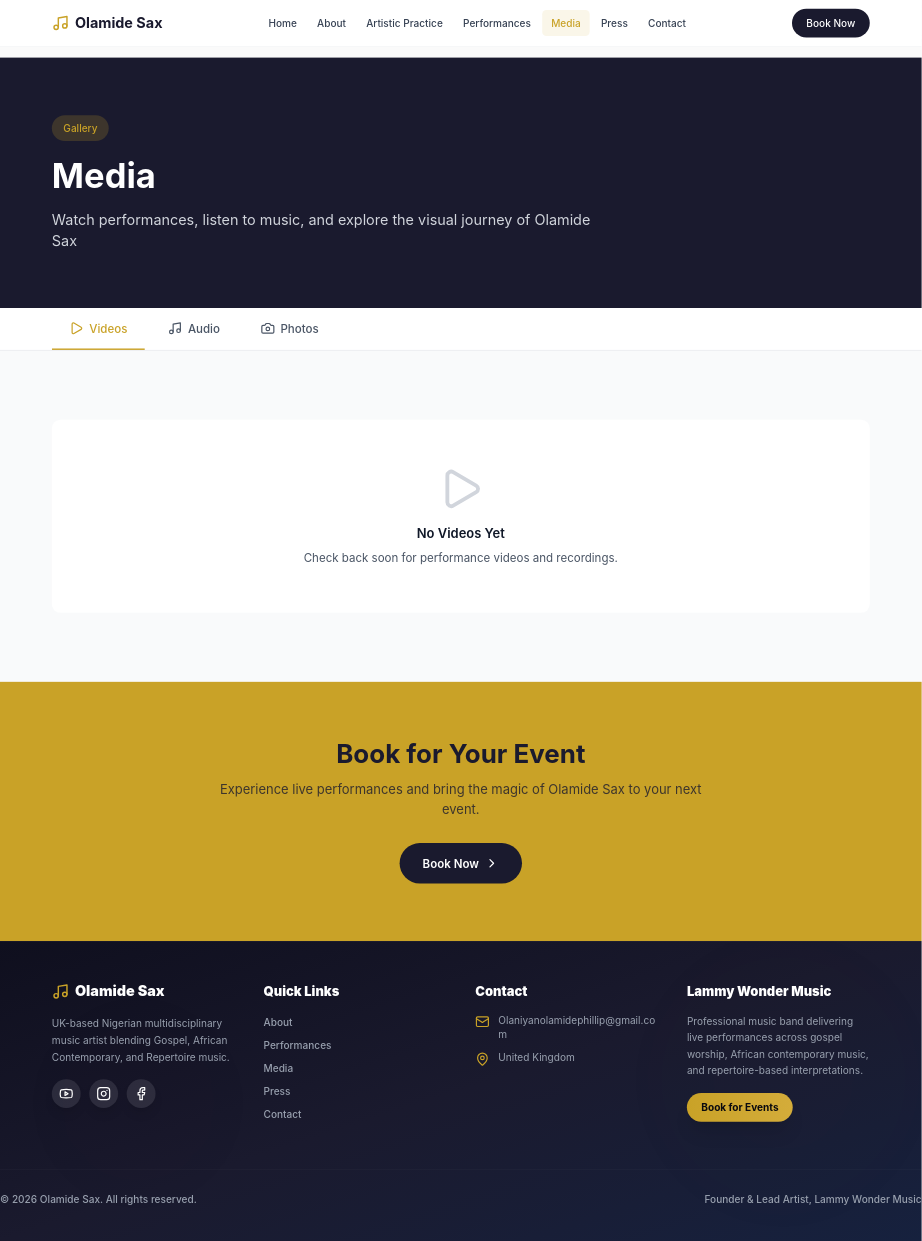
Repository: TheJazzDev/olamide-sax
Page: /media
An editor plug-in stored every save of this project. The page is shown before and after the next save, followed by the edit.
The browser window is 1280 px wide. The pictures show the whole page, at 72% of full size.
The page's requests for data from a server got no answer. The project was rebuilt for these pictures with package versions that can differ from the ones it lists, and the page was loaded fresh each time. Some packages were replaced by stand-ins written for this rebuild. The framework's server and built-in components were replaced by stand-ins that run in the browser. No one was signed in, and anything a server would have sent is missing. Also part of the build but not shown: next.config.ts.

Above is the page before, as saved 2026-01-17 17:23:05.

After the next save:
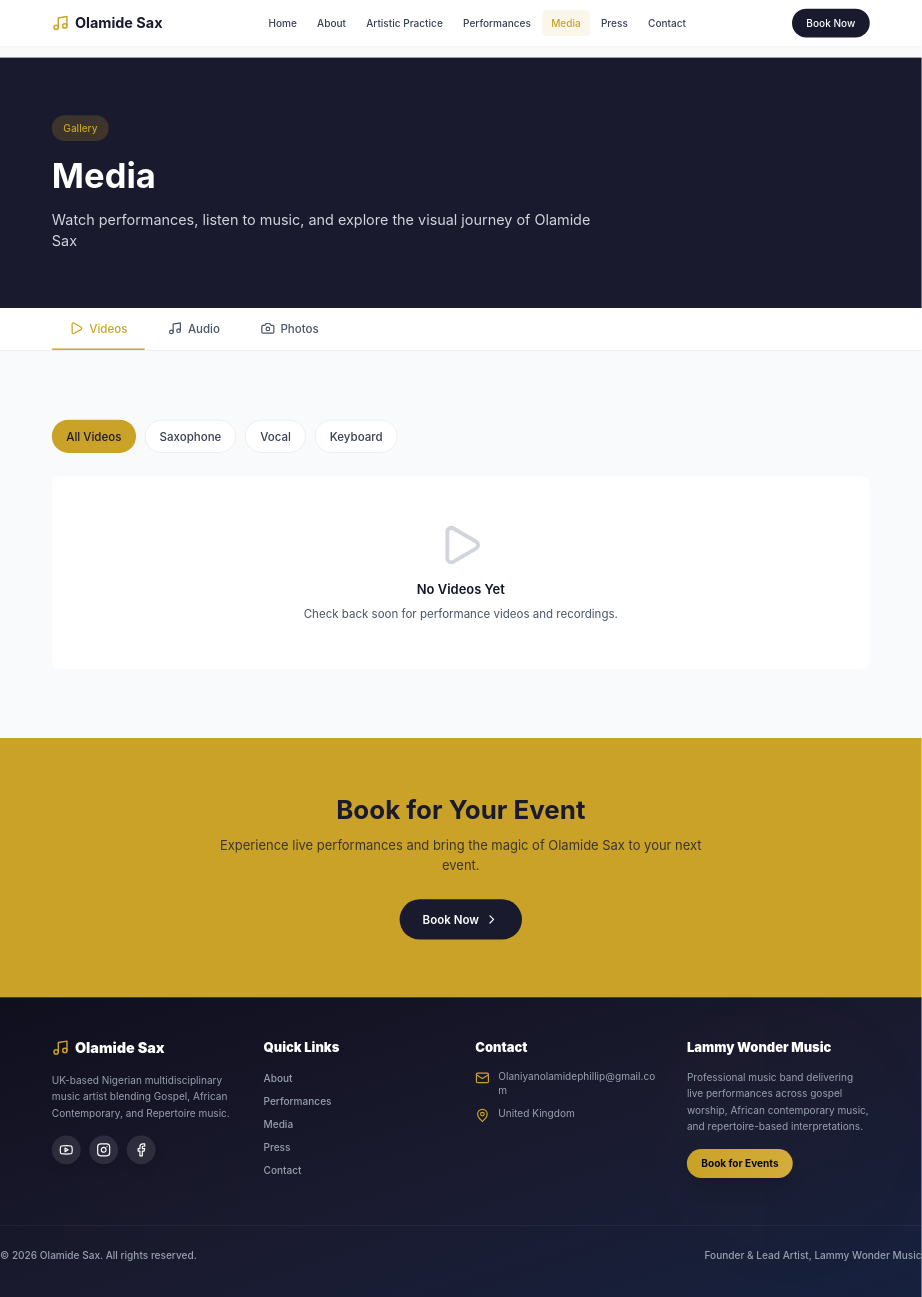
Saved 6 s later.
--- a/app/(site)/media/page.tsx
+++ b/app/(site)/media/page.tsx
@@ -160,7 +160,23 @@ export default function MediaPage() {
               {activeTab === 'videos' && (
                 <div>
                   {/* Category Filters */}
-
+                  <div className="mb-6 sm:mb-8">
+                    <div className="flex flex-wrap gap-2 sm:gap-3">
+                      {videoCategories.map((cat) => (
+                        <button
+                          key={cat.id}
+                          onClick={() => setVideoCategory(cat.id)}
+                          className={`px-4 py-2 sm:px-5 sm:py-2.5 text-sm sm:text-base font-medium rounded-full transition-colors ${
+                            videoCategory === cat.id
+                              ? 'bg-[#c9a227] text-[#1a1a2e]'
+                              : 'bg-white text-gray-700 hover:bg-gray-100 border border-gray-200'
+                          }`}
+                        >
+                          {cat.label}
+                        </button>
+                      ))}
+                    </div>
+                  </div>
 
                   {videos.length > 0 ? (
                     filteredVideos.length > 0 ? (
